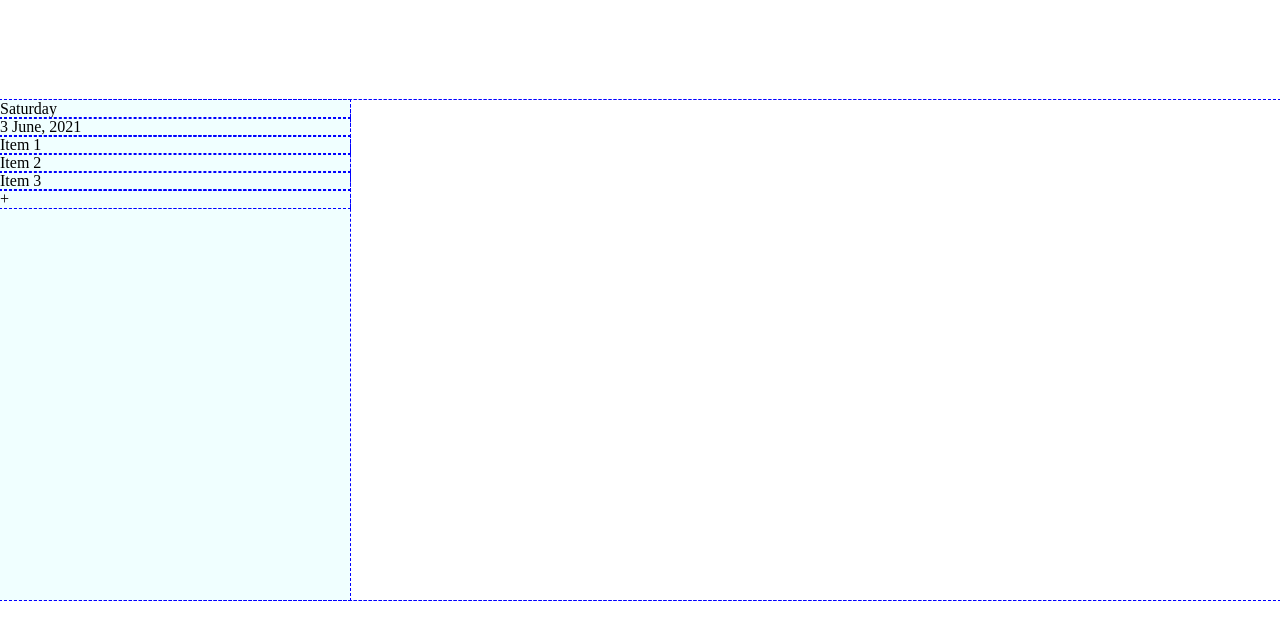
Repository: Colo-Codes/mini-projects
Page: todo-app/index.html
These files come from the project's save history. The page is drawn as it stood at one moment and after the next save; the edit follows.
The browser window is 1280 px wide. The pictures show the whole page.

Above is the page before, as saved 2021-07-04 10:58:23.

After the next save:
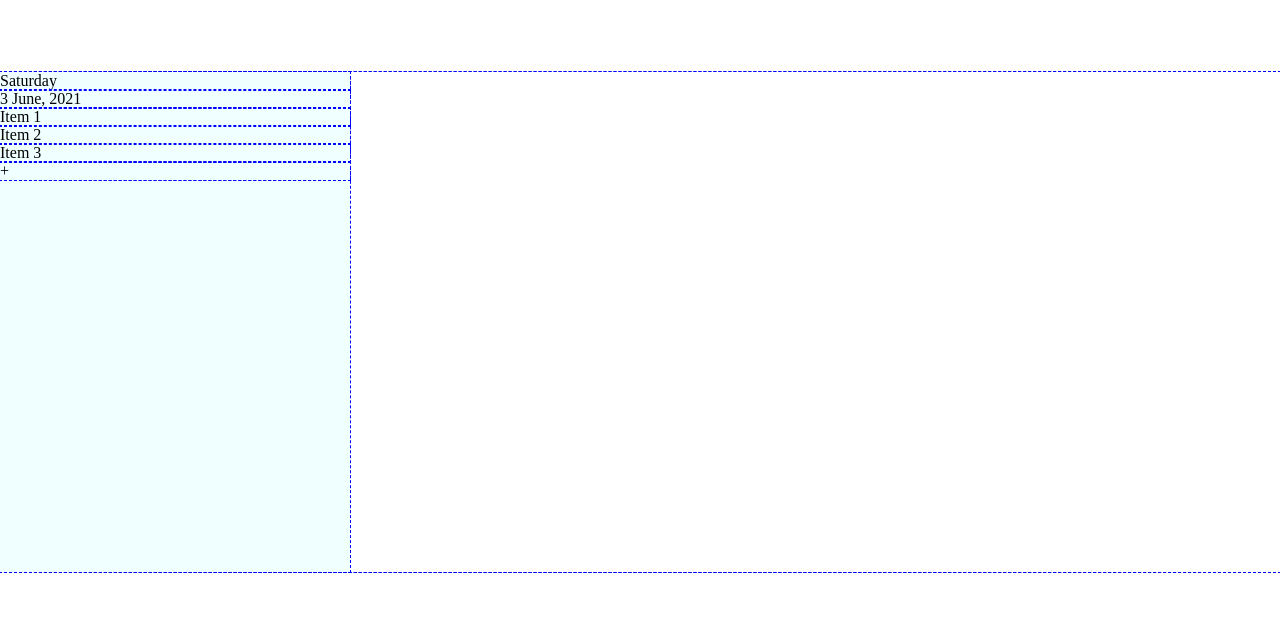
Saved 9 s later.
--- a/todo-app/css/index.css
+++ b/todo-app/css/index.css
@@ -15,7 +15,7 @@ html {
 }
 
 .todo {
-    margin-top: 100px;
+    margin-top: 10vh;
     width: 350px;
     height: 500px;
     background-color: azure;
